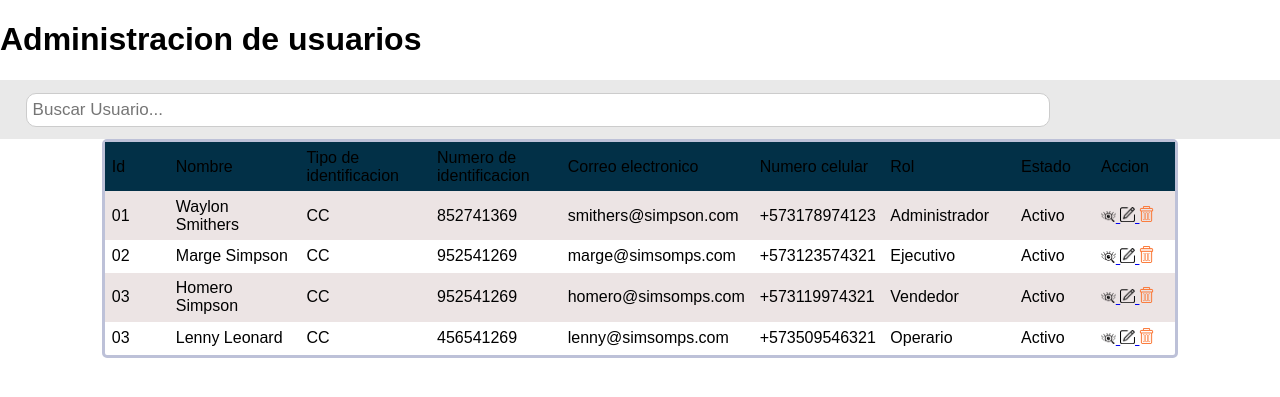
Repository: AlexanderBarona/Proyecto_Ciclo3_Mintic
Page: PaginaWeb/pages/admin_user.html
The author's editor kept a copy of each file at every save. The page is drawn from the files as they stood at one save, then again after the next save.
The browser window is 1280 px wide. The pictures show the whole page.

Above is the page before, as saved 2021-09-29 17:54:38.

### PaginaWeb/pages/admin_user.html
<!DOCTYPE html>
<html>

   <head>
      <title>Administracion de Usuarios</title>
      <link href="../css/style.css" rel="stylesheet" type="text/css">
      <link href="../css/admin_user.css" rel="stylesheet" type="text/css">
   </head>
   <body class="admin_user">
      <header>
         <h1>Administracion de usuarios</h1>
      </header>
      <main>
        <div class="TopBar">
            <div class="Search ">
                <input type="text" placeholder="Buscar Usuario...">
            </div>

        </div>

        <div class="table_principal">
            <table class="table_entity">

              <tbody class="table_body" >

                  <tr class="table_header" >

                    <td class="table_cell">Id</td>
                    <td class="table_cell">Nombre</td>
                    <td class="table_cell">Tipo de identificacion</td>
                    <td class="table_cell">Numero de identificacion</td>
                    <td class="table_cell">Correo electronico</td>
                    <td class="table_cell">Numero celular</td>
                    <td class="table_cell">Rol</td>
                    <td class="table_cell">Estado</td>
                    <td class="table_cell">Accion</td>

                  </tr>

                  <tr >
                    <td class="table_cell">01</td>
                    <td class="table_cell">Waylon Smithers</td>
                    <td class="table_cell">CC</td>
                    <td class="table_cell">852741369</td>
                    <td class="table_cell">smithers@simpson.com</td>
                    <td class="table_cell">+573178974123</td>
                    <td class="table_cell">Administrador</td>
                    <td class="table_cell">Activo</td>
                    <td class="table_cell">
                      <div class="icon_container">
                        <nav>
                          <a href="icon_table">
                            <img class="icon_cell" src="../images/IconRead.ico">
                          </a>
                          <a href="icon_table">
                            <img class="icon_cell" src="../images/IconUpdate.ico">
                          </a>
                          <a href="icon_table">
                            <img class="icon_cell" src="../images/IconDelete.ico">
                          </a>
                        </nav>
                    </div>

                    </td>
                  </tr>

                <tr >
                  <td class="table_cell">02</td>
                  <td class="table_cell">Marge Simpson</td>
                  <td class="table_cell">CC</td>
                  <td class="table_cell">952541269</td>
                  <td class="table_cell">marge@simsomps.com</td>
                  <td class="table_cell">+573123574321</td>
                  <td class="table_cell">Ejecutivo</td>
                  <td class="table_cell">Activo</td>
                  <td class="table_cell">
                    <div class="icon_container">
                      <nav>
                        <a href="icon_table">
                          <img class="icon_cell" src="../images/IconRead.ico">
                        </a>
                        <a href="icon_table">
                          <img class="icon_cell" src="../images/IconUpdate.ico">
                        </a>
                        <a href="icon_table">
                          <img class="icon_cell" src="../images/IconDelete.ico">
                        </a>
                      </nav>
                  </div>
                  </td>
                </tr>

                <tr >
                    <td class="table_cell">03</td>
                    <td class="table_cell">Homero Simpson</td>
                    <td class="table_cell">CC</td>
                    <td class="table_cell">952541269</td>
                    <td class="table_cell">homero@simsomps.com</td>
                    <td class="table_cell">+573119974321</td>
                    <td class="table_cell">Vendedor</td>
                    <td class="table_cell">Activo</td>
                    <td class="table_cell">

                                    <div class="icon_container">
                                        <nav>
                                          <a href="icon_table">
                                            <img class="icon_cell" src="../images/IconRead.ico">
                                          </a>
                                          <a href="icon_table">
                                            <img class="icon_cell" src="../images/IconUpdate.ico">
                                          </a>
                                          <a href="icon_table">
                                            <img class="icon_cell" src="../images/IconDelete.ico">
                                          </a>
                                        </nav>
                                    </div>


                    </td>
                </tr>
                <tr >
                    <td class="table_cell">03</td>
                    <td class="table_cell">Lenny Leonard</td>
                    <td class="table_cell">CC</td>
                    <td class="table_cell">456541269</td>
                    <td class="table_cell">lenny@simsomps.com</td>
                    <td class="table_cell">+573509546321</td>
                    <td class="table_cell">Operario</td>
                    <td class="table_cell">Activo</td>
                    <td class="table_cell">
                      <div class="icon_container">
                        <nav>
                          <a href="icon_table">
                            <img class="icon_cell" src="../images/IconRead.ico">
                          </a>
                          <a href="icon_table">
                            <img class="icon_cell" src="../images/IconUpdate.ico">
                          </a>
                          <a href="icon_table">
                            <img class="icon_cell" src="../images/IconDelete.ico">
                          </a>
                        </nav>
                    </div>
                    </td>
                </tr>
              </tbody>
            </table>
        </div>
      </main>
      <footer>
      </footer>
   </body>
</html>

### PaginaWeb/css/style.css
* {
  box-sizing: border-box;
}

body {
  margin: 0;
  font-family: Arial, Helvetica, sans-serif;
}

### PaginaWeb/css/admin_user.css
/* css barra busqueda*/
@media screen and (max-width: 600px) {
  .Search a,
  .Search input[type="text"] {
    float: none;
    display: block;
    text-align: left;
    width: 100%;
    margin: 0;
    padding: 14px;
    align-items: center;
  }
}

.admin_user .Search {
    overflow: hidden;
    background-color: #e9e9e9;
  }


  .Search a {
    float: left;
    display: block;
    color: black;
    text-align: center;
    padding: 14px 16px;
    text-decoration: none;
    font-size: 17px;
  }

  .Search a:hover {
    background-color: #ddd;
    color: black;
  }

  .Search a.active {
    background-color: #9dcaf0;
    color: white;
  }

  .Search input[type="text"] {
    float: center;
    border-radius: 10px;
    border: 1px solid rgb(174, 204, 218);
    padding: 6px;
    margin-top: 1%;
    margin-right: 2%;
    margin-left: 2%;
    margin-bottom: 1%;
    font-size: 17px;
    width: 80%;
  }
  .Search input[type="text"] {
    border: 1px solid #ccc;
  }


 /* css tabla*/

  .table_entity {
    table-layout: fixed;
    width: 84%;
    margin: 0 auto;
    border-collapse: separate;
    border-spacing: 0px;
    border-radius: 5px;
    border: 3px solid rgb(189, 193, 216);

  }

  .table_entity td:first-child {
    width: 4em;
  }
  .table_entity td:nth-child(9) {
    width: 5em;
  }
  .table_entity td:nth-child(8) {
    width: 5em;

  }
  .table_entity td:nth-child(5) {
    width: 12em;
  }


  .table_header {
    background-color: #023047;

  }

  .table_entity tr:nth-child(even) {
  background-color: #ece4e4;
}
/* css tabla perfiles*/
.table_entity2 {
  table-layout: fixed;
  width: 84%;
  margin: 0 auto;
  border-collapse: separate;
  border-spacing: 0px;
  border-radius: 5px;
  border: 3px solid rgb(189, 193, 216);

}

.table_entity2 td:first-child {
  width: 4em;
}

.table_entity2 td:nth-child(2) {
  width: 16em;
}


}
.table_entity2 td:nth-child(6) {
  width: 4.5em;

}




.table_entity2 tr:nth-child(even) {
background-color: #ece4e4;
}


  th, td {

      word-wrap: break-word;
      padding: 0.4em;
      margin: 0em;
  }

  .icon_cell {

    height: 28%;
    width: 22%;
    margin: 0 auto 0 0;

}
/* css checkbox */

.checkbox_container input[type="checkbox"]  {
  content: "";
  width: 2em;
  height: 2em;
  border: 4px solid #bf810f;
  float: left;
  margin: 0 auto 0 0;
  border-right: 0;
  border-top: 0;


}
.checkbox_container input[type="checkbox"]:checked   {
  content: "";
  width: 2.2em;
  height: 2.2em;
  border: 4px solid #bf810f;
  color: #bf810f;
  background-color:#bf810f ;
  float: left;
  margin: 0 auto 0 0;
  border-right: 0;
  border-top: 0;


}

After the next save:
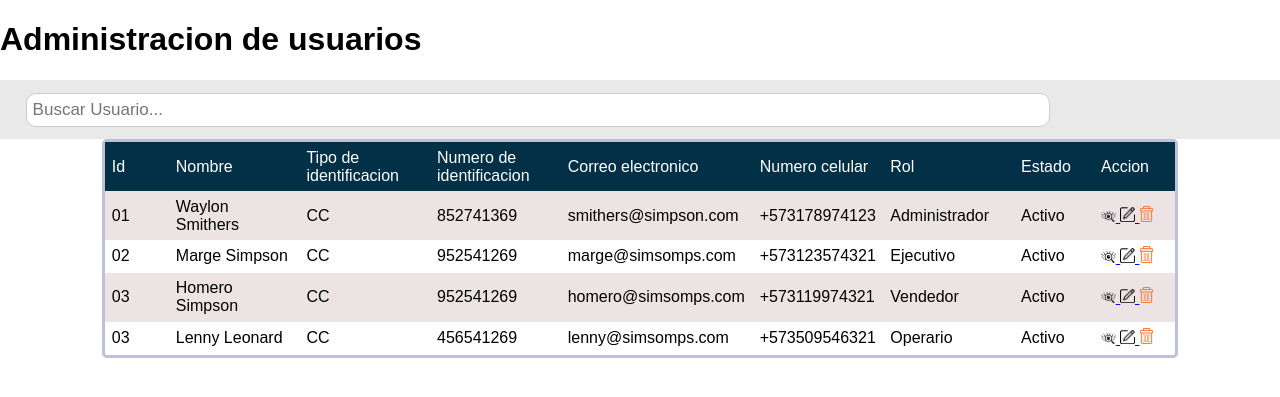
Saved 17 h 55 min later.
--- a/PaginaWeb/css/admin_user.css
+++ b/PaginaWeb/css/admin_user.css
@@ -85,6 +85,7 @@
 
   .table_header {
     background-color: #023047;
+    color: #fff;
 
   }
 
@@ -112,7 +113,7 @@
 }
 
 
-}
+
 .table_entity2 td:nth-child(6) {
   width: 4.5em;
 
